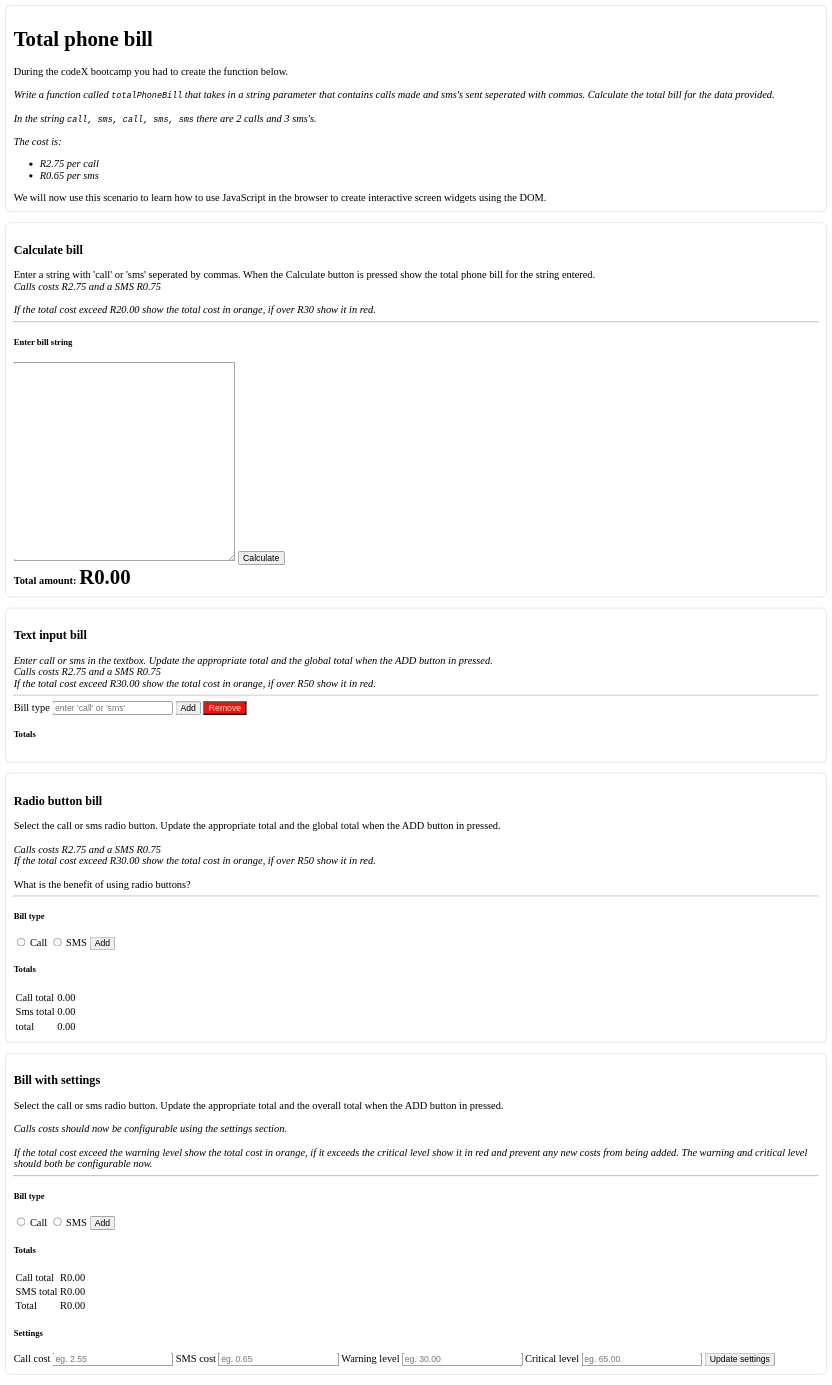
Repository: lasity34/Phone-bill
Page: index.html
These files come from the project's save history. The page is drawn as it stood at one moment and after the next save; the edit follows.
The browser window is 1280 px wide. The pictures show the whole page, at 65% of full size.
Some web libraries are served in a nearby version.

Above is the page before, as saved 2023-05-06 14:59:07.
Console error: SyntaxError: Identifier 'totalBill' has already been declared
Not found: css/skeleton.css

After the next save:
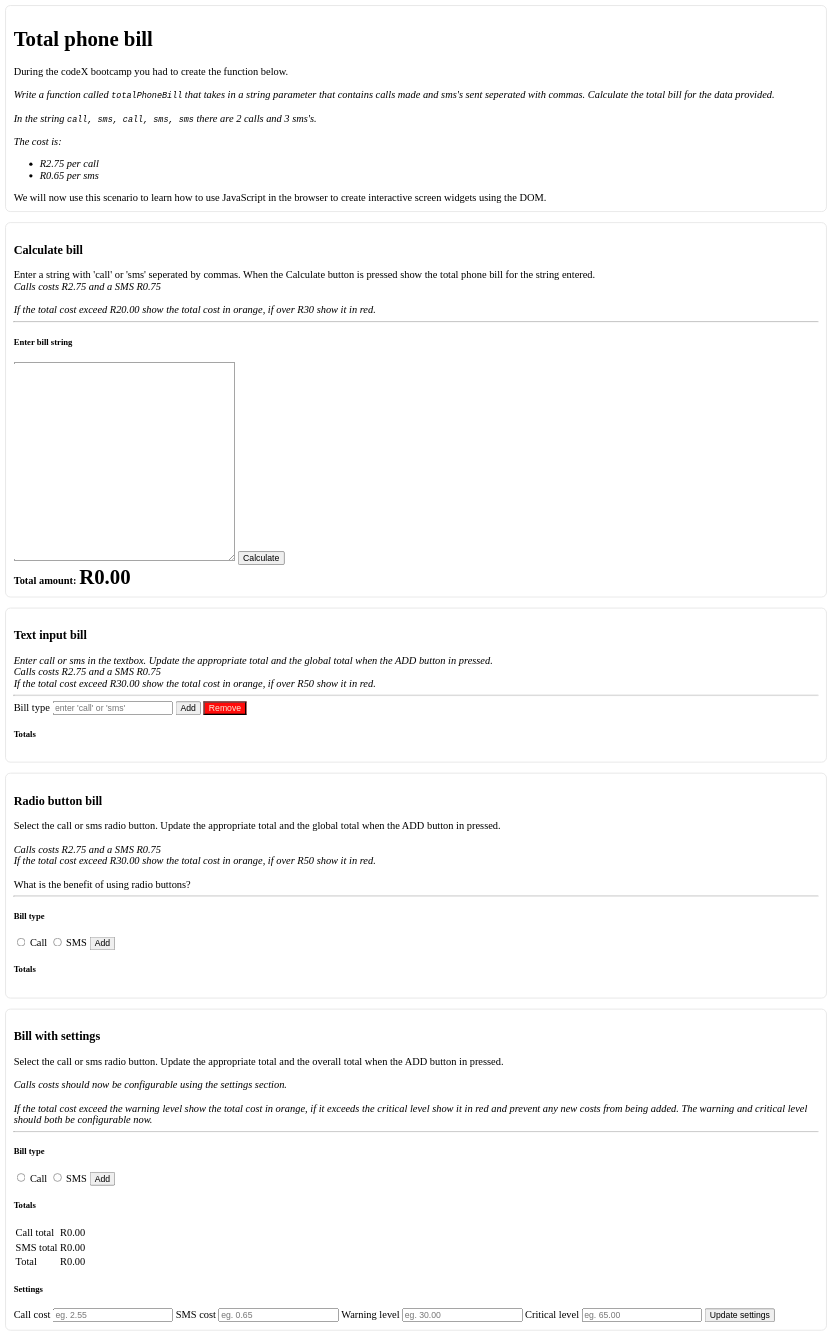
Saved 16 s later.
--- a/js/radio-bill.js
+++ b/js/radio-bill.js
@@ -53,7 +53,7 @@ function calculateRadioBtn() {
 }
 
 function updateTemplate() {
-  const templateSource = document.querySelector("#radioTemplate").innerHTML;
+  const templateSource = document.querySelector(".billTemplate").innerHTML;
   const userTemplate = Handlebars.compile(templateSource);
   const radioCostDataElem = document.querySelector(".radioTotals");
   const costData = {

After the save that followed:
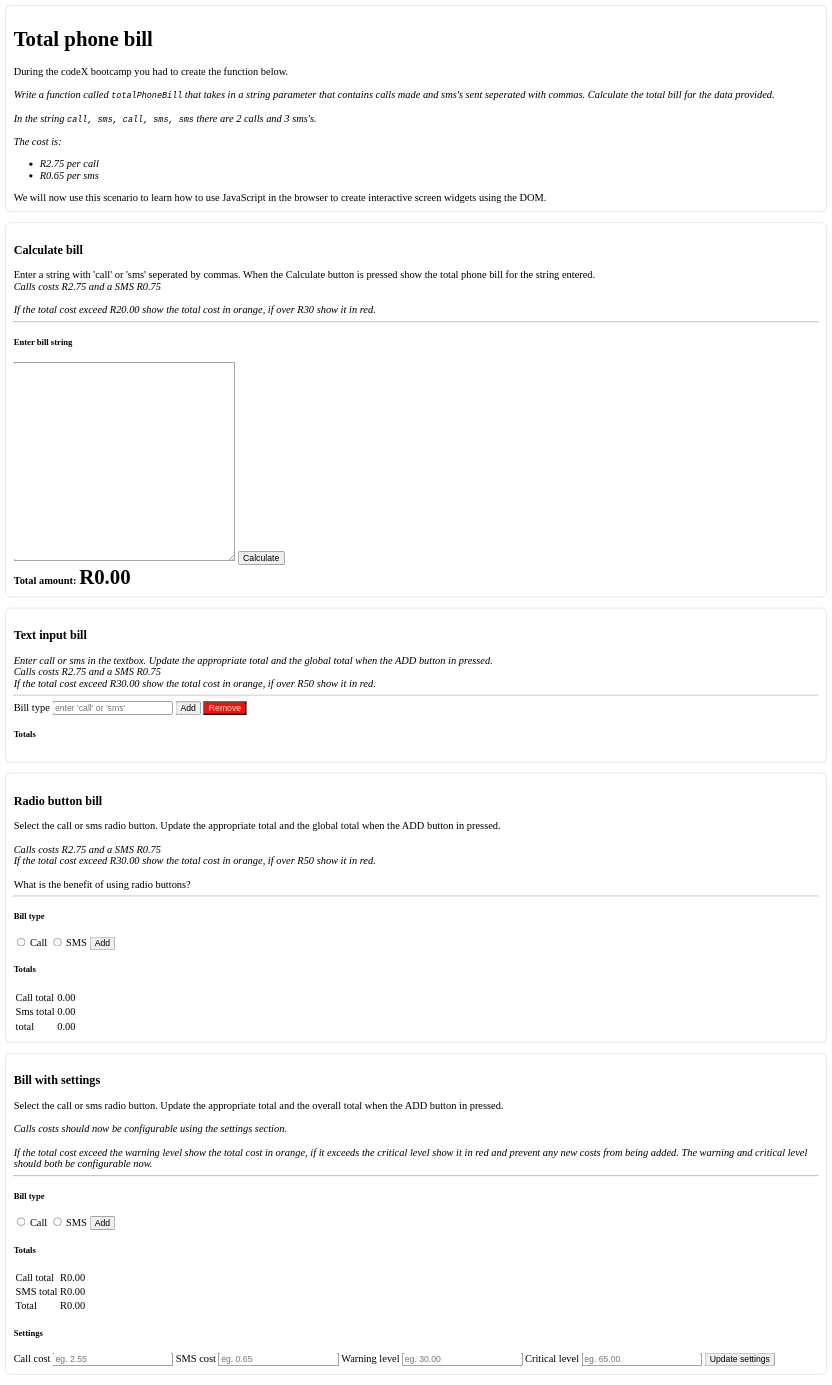
Saved 24 s later.
--- a/index.html
+++ b/index.html
@@ -6,7 +6,7 @@
     <link rel="stylesheet" href="css/skeleton.css" />
     <link rel="stylesheet" href="css/style.css" />
     <script src="https://cdnjs.cloudflare.com/ajax/libs/handlebars.js/4.0.11/handlebars.min.js"></script>
-    <script type="text/x-template" id="textTemplate">
+    <script type="text/x-template" class="billTemplate">
       {{#each differentCosts}}
       <tr>
       <td>{{name}} total</td>
@@ -14,14 +14,7 @@
       </tr>
       {{/each}}
     </script>
-    <script type="text/x-template" id="radioTemplate">
-      {{#each differentCosts}}
-      <tr>
-      <td>{{name}} total</td>
-      <td><span>{{total}}</span></td>
-      </tr>
-      {{/each}}
-    </script>
+
   </head>
   <body>
     <div class="container">
